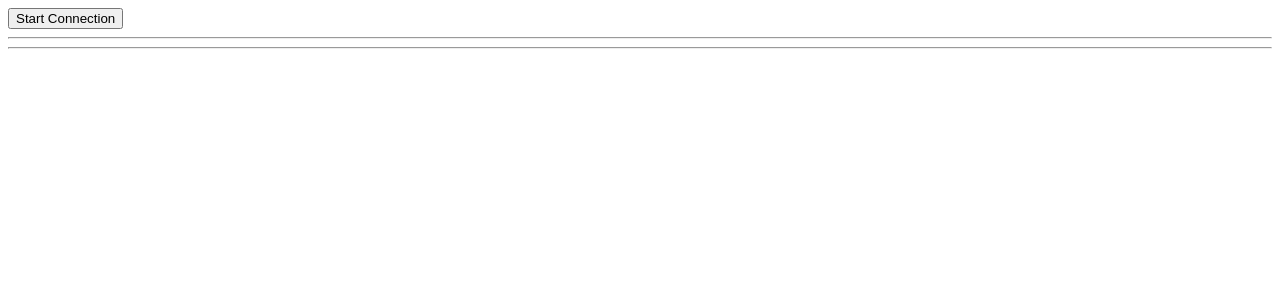
Repository: fgh64hfhk/webworkspace
Page: eeit82_web/src/main/webapp/web60.html
These files come from the project's save history. The page is drawn as it stood at one moment and after the next save; the edit follows.
The browser window is 1280 px wide. The pictures show the whole page.

Above is the page before, as saved 2024-05-13 01:40:28.

After the next save:
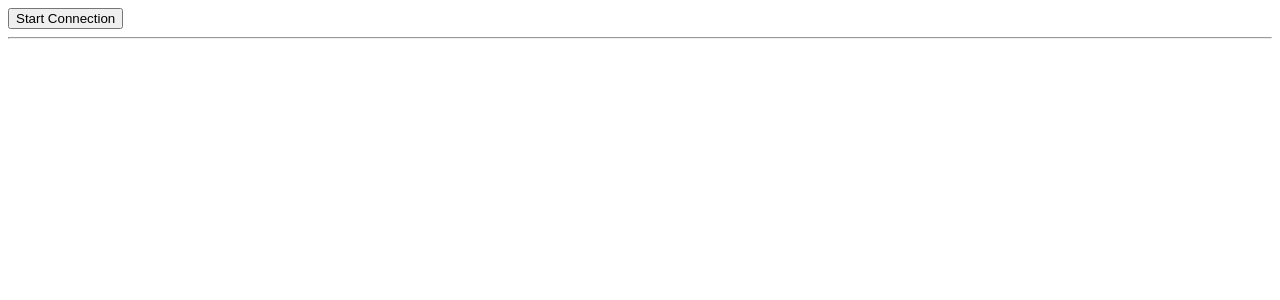
Saved 11 s later.
--- a/eeit82_web/src/main/webapp/web60.html
+++ b/eeit82_web/src/main/webapp/web60.html
@@ -10,8 +10,9 @@
 		<div>
 			<button id="start">Start Connection</button>
 		</div>
-		<hr>
+
 		<div id="message_div" style="display: none">
+			<hr>
 			<input id="message" />
 			<button id="send">Send Message</button>
 			<div id="log">Message</div>
